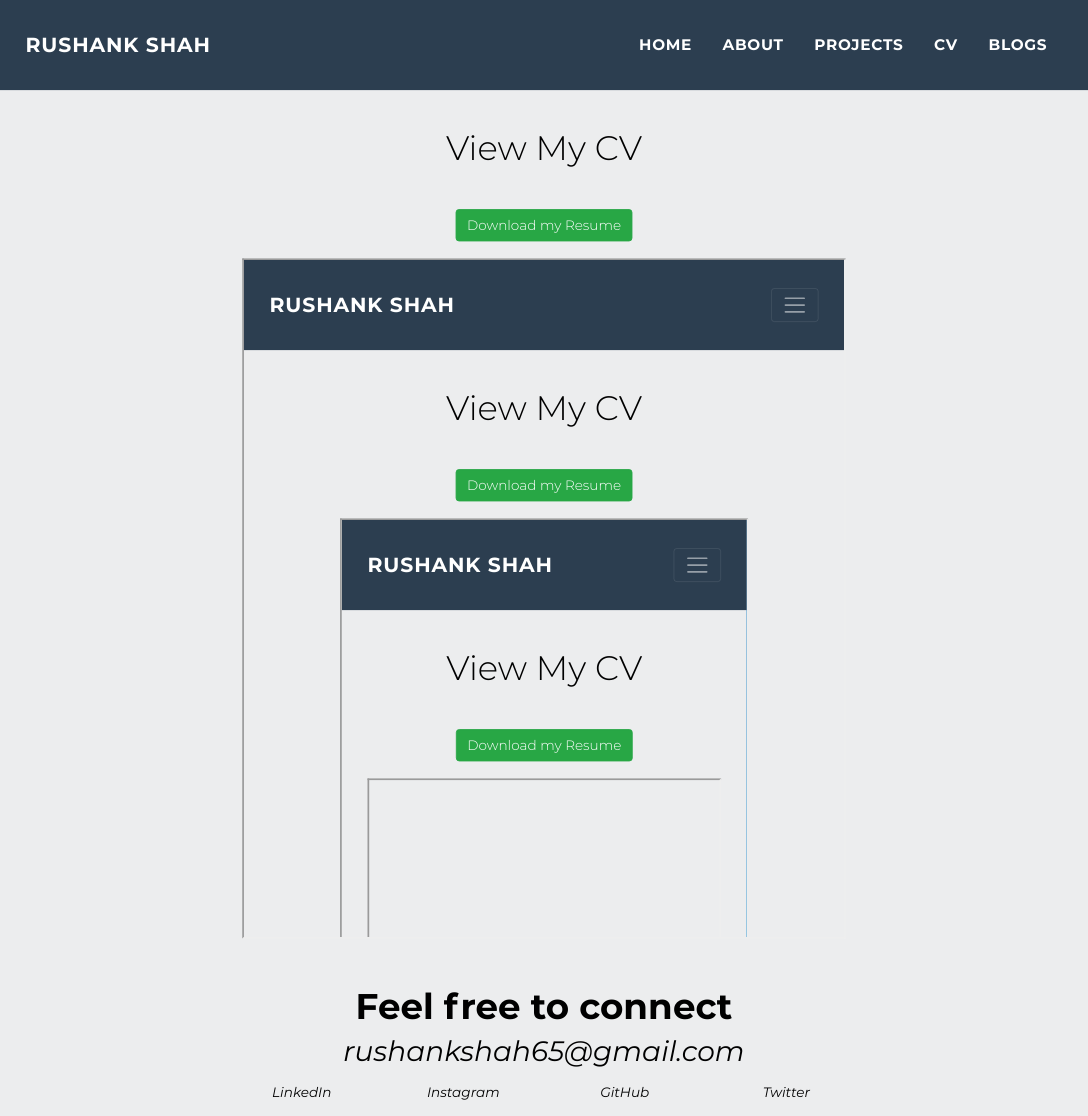
Repository: rushankshah/rushank-shah
Page: /cv
These files come from the project's save history. The page is drawn as it stood at one moment and after the next save; the edit follows.
The browser window is 1280 px wide. The pictures show the whole page, at 85% of full size.
The project was rebuilt for these pictures with package versions that can differ from the ones it lists, and the page was loaded fresh each time. The framework's server and built-in components were replaced by stand-ins that run in the browser. Also part of the build but not shown: next.config.js.

Above is the page before, as saved 2020-12-03 03:01:04.

After the next save:
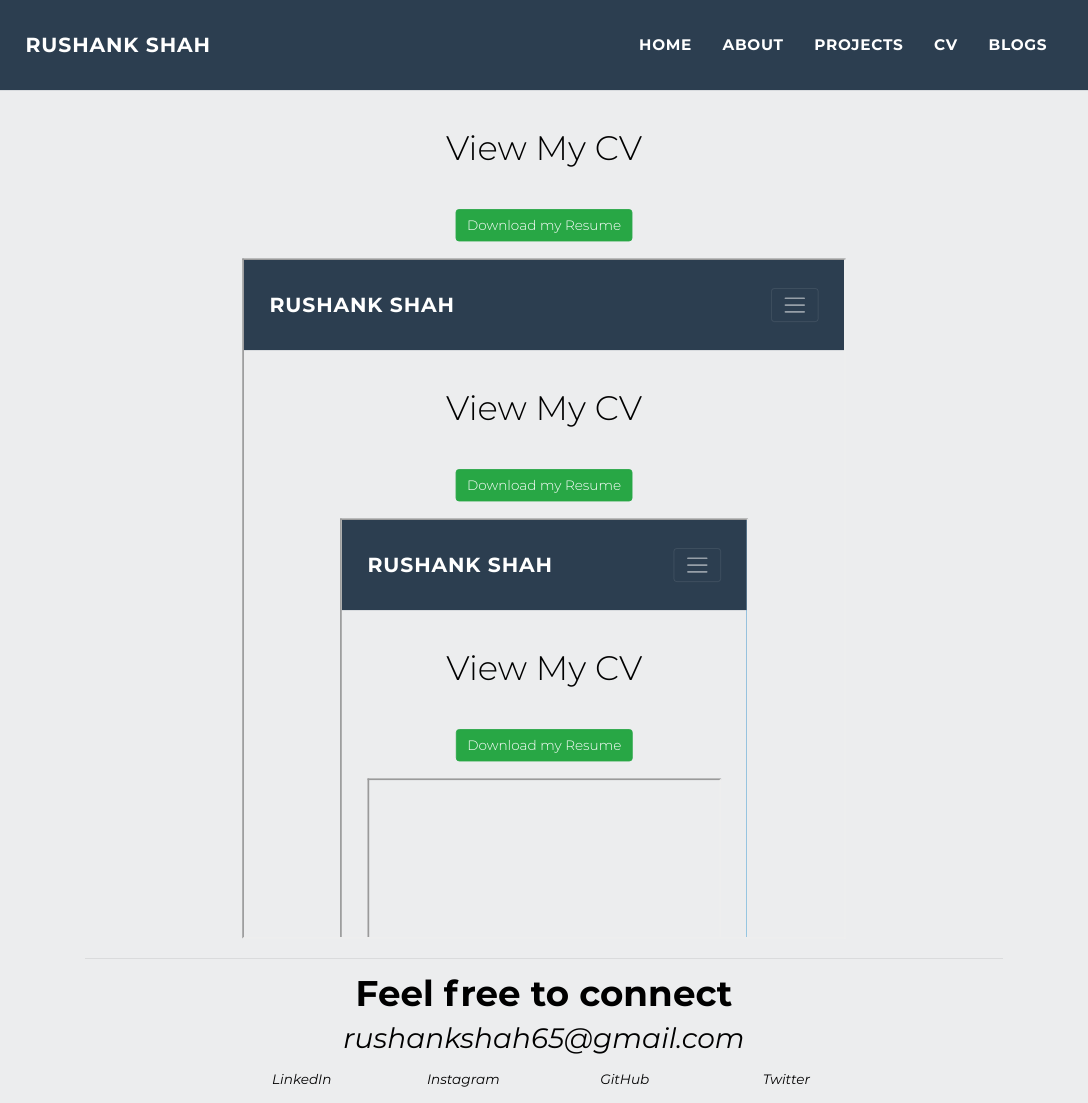
Saved 17 h 10 min later.
--- a/pages/cv.js
+++ b/pages/cv.js
@@ -17,8 +17,7 @@
                             <iframe style={{ width: '100%', height: '800px' }} src='/static/Resume-Final.pdf'></iframe>
                         </Col>
                     </Row>
-                    <Row className='mt-5'>
-                    </Row>
+                    <hr></hr>
                 </Container>
             </BasePage>
         </BaseLayout>
